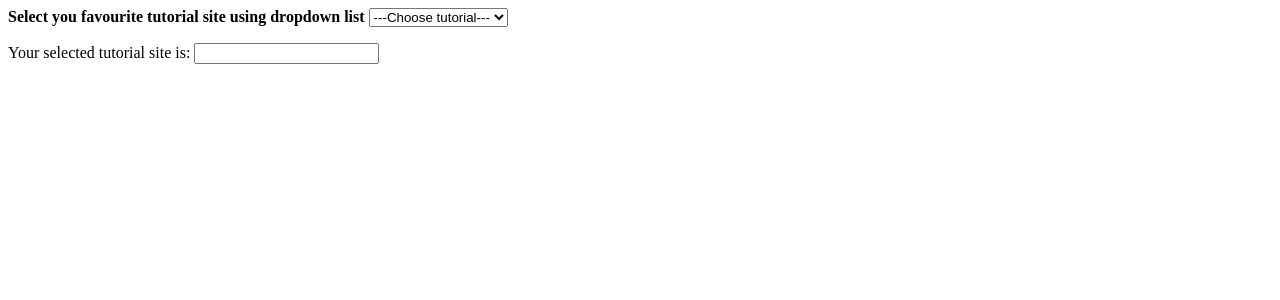
Repository: AwareSelf/JavaTrainingPublic
Page: 15Sep/webapp_1sepbatch/HtmlJSWeb/src/main/webapp/dropdown_list.html
These files come from the project's save history. The page is drawn as it stood at one moment and after the next save; the edit follows.
The browser window is 1280 px wide. The pictures show the whole page.

Above is the page before, as saved 2022-09-13 12:12:39.

### 15Sep/webapp_1sepbatch/HtmlJSWeb/src/main/webapp/dropdown_list.html
<html>
<head>
<title>dropdown menu using select tab</title>
</head>
<script>
function favTutorial() {
var mylist = document.getElementById("myList");
document.getElementById("favourite").value = mylist.options[mylist.selectedIndex].text;
}
</script>

<body>
<form>
<b> Select you favourite tutorial site using dropdown list </b>
<select id = "myList" onchange = "favTutorial()" >
<option> ---Choose tutorial--- </option>
<option> w3schools </option>
<option> Javatpoint </option>
<option> tutorialspoint </option>
<option> geeksforgeeks </option>
</select>
<p> Your selected tutorial site is:
<input type = "text" id = "favourite" size = "20" </p>
</form>
</body>
</html>

After the next save:
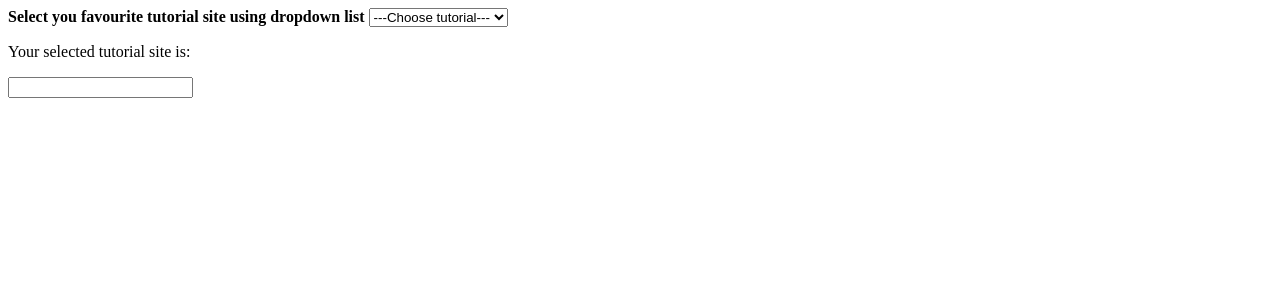
Saved 2 min 0 s later.
--- a/15Sep/webapp_1sepbatch/HtmlJSWeb/src/main/webapp/dropdown_list.html
+++ b/15Sep/webapp_1sepbatch/HtmlJSWeb/src/main/webapp/dropdown_list.html
@@ -19,8 +19,8 @@ document.getElementById("favourite").value = mylist.options[mylist.selectedIndex
 <option> tutorialspoint </option>
 <option> geeksforgeeks </option>
 </select>
-<p> Your selected tutorial site is:
-<input type = "text" id = "favourite" size = "20" </p>
+<p> Your selected tutorial site is:   </p>
+<input type = "text" id = "favourite" size = "20" />
 </form>
 </body>
 </html>
